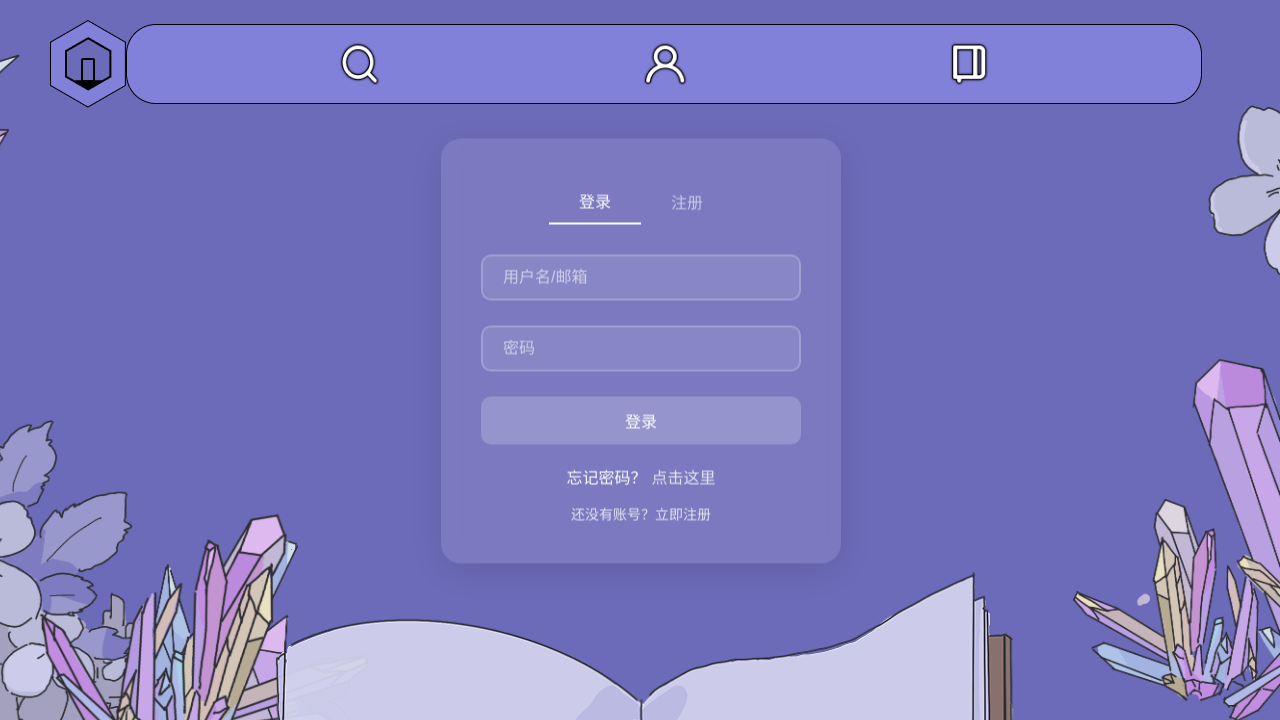
Repository: carolmmc/BabelLibrary
Page: find 登陆页.html
An editor plug-in stored every save of this project. The page is shown before and after the next save, followed by the edit.
The browser window is 1280 px wide. The pictures show the whole page.

Above is the page before, as saved 2025-05-10 01:09:30.

After the next save:
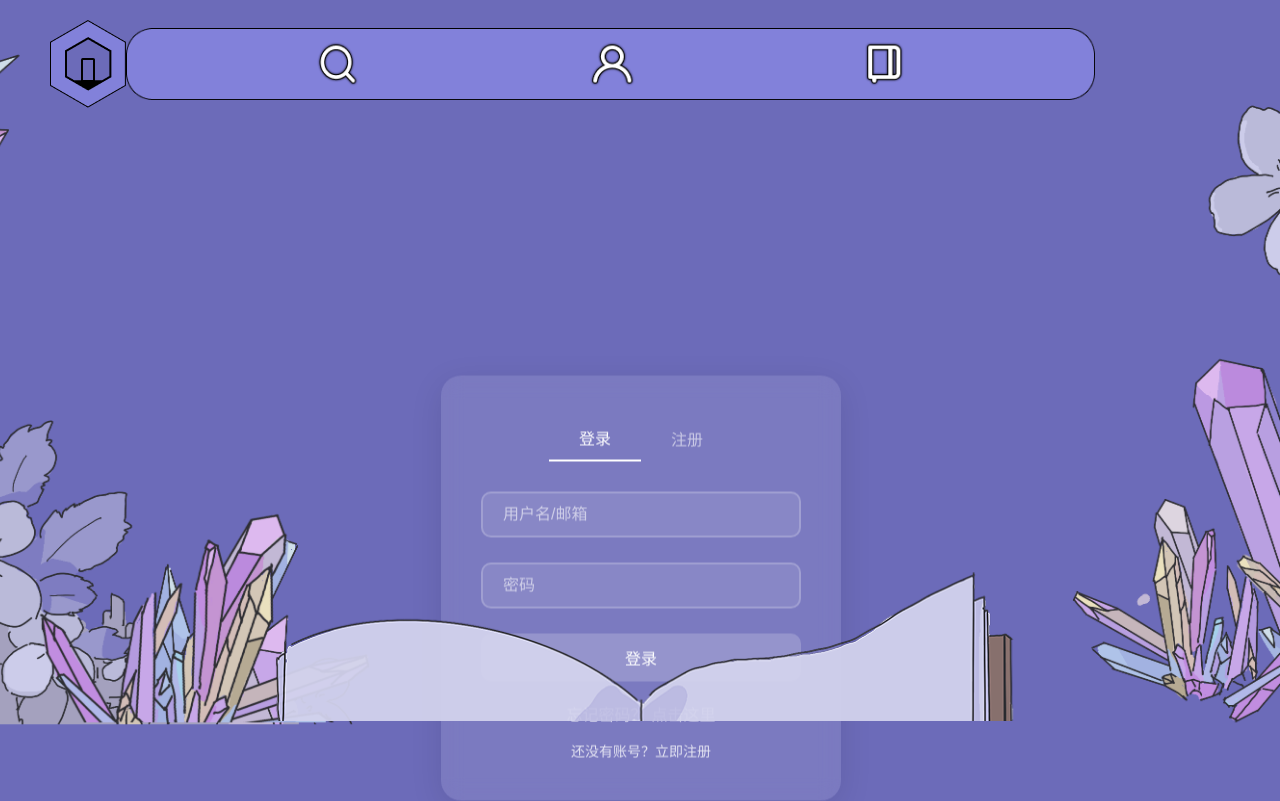
Saved 4 min 10 s later.
--- a/find 登陆页.html
+++ b/find 登陆页.html
@@ -42,6 +42,19 @@
             position: relative;
             width: 1076px;
             height: 80px;
+        }
+
+        /* 导航背景图大小 & 不阻挡交互 */
+        .nav-background {
+            width: 100%;
+            height: 100%;
+            object-fit: contain;
+            pointer-events: none;
+        }
+
+        /* 导航图标链接容器 */
+        .icon-link {
+            display: flex;
         }
 
         /* 导航图标容器 */
@@ -286,13 +299,19 @@
         <div class="nav-container">
             <img src="navigate background.png" alt="导航栏" class="nav-background">
             <div class="nav-icons">
-                <img src="find.png" alt="搜索" class="nav-icon find-icon">
-                <img src="mine.png" alt="我的" class="nav-icon mine-icon">
-                <img src="shelf.png" alt="书架" class="nav-icon shelf-icon">
+                <a href="find.html" class="icon-link">
+                    <img src="find.png" alt="搜索" class="nav-icon find-icon">
+                </a>
+                <a href="mine.html" class="icon-link">
+                    <img src="mine.png" alt="我的" class="nav-icon mine-icon">
+                </a>
+                <a href="shelf.html" class="icon-link">
+                    <img src="shelf.png" alt="书架" class="nav-icon shelf-icon">
+                </a>
             </div>
         </div>
         <div style="width: 150px;"></div>
-    </div>
+    </header>
     <div class="content-center">
         <div class="login-container">
             <div class="tab-container">
